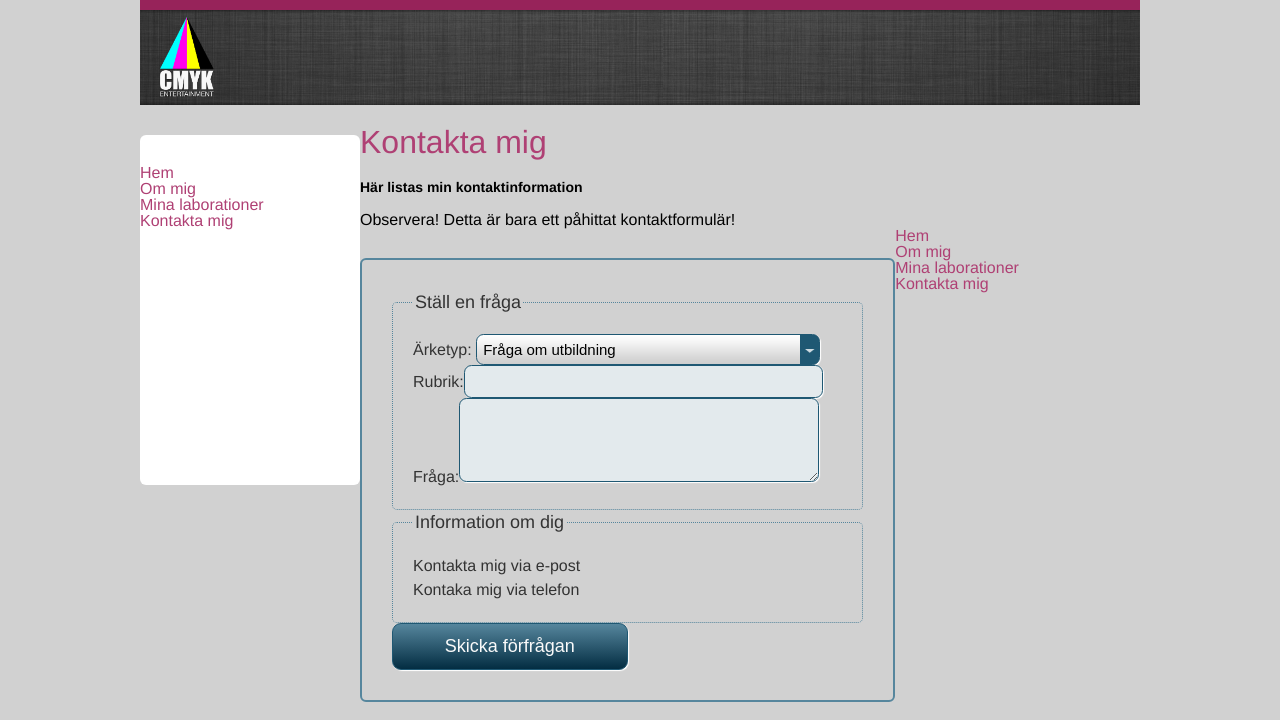
Repository: Holmewi/1ik415-jh222qr-laborationer
Page: pages/kontakt.html
The author's editor kept a record of every edit. The page is drawn from the files as they stood at one moment, then again after the next edit.
The browser window is 1280 px wide. The pictures show the whole page.

Above is the page before.

### pages/kontakt.html
<!DOCTYPE HTML>
<html lang="sv">
    <head>
        <meta charset="utf-8">
        <title>Kontakta mig - Här listas min kontaktinformation</title>
        <link rel="stylesheet" media="all" href="../css/style.css" />
    </head>
    <body>
        <div id="wrapper"> <!-- fick felmeddelande när jag använde taggen container -->
            <header>
                <div id="headerTop">

                </div>
                <div id="headerBottom">
                    <img src="../pics/logo.png" alt="min logotyp" class="logotyp">
                </div>
            </header>

            <nav class="borderRadius">
                <ul>
                    <li><a href="../index.html">Hem</a></li>
                    <li><a href="presentation.html">Om mig</a></li>
                    <li><a href="laborationer.html">Mina laborationer</a></li>
                    <li><a href="kontakt.html">Kontakta mig</a></li>
                </ul>
            </nav>

            <div id="content" class="borderRadius">
                <div id="contentTop">
                    <h1>Kontakta mig</h1>
                    <h4>Här listas min kontaktinformation</h4>
                </div>
                <p>Observera! Detta är bara ett påhittat kontaktformulär!</p>

                <a id="kontaktform"></a>
                <form id="input" action="http://voyager.lnu.se/tekinet/kurser/dtt/wp_webbintro/form.php" method="post">
                    <fieldset>
                        <legend>Ställ en fråga</legend>

                        Ärketyp:
                        <select>
                            <option value="utbildning">Fråga om utbildning</option>
                            <option value="kurs">Fråga om kurs</option>
                            <option value="hyra">Fråga om anställning</option>
                            <option value="webbplatsen">Fråga om webbplatsen</option>
                            <option value="privat">Ställ en privat fråga</option>
                        </select>
                        <br>
                        Rubrik:<input type="text" id="header"/>
                        <br>
                        Fråga:<textarea id="question" rows="4" cols="39"></textarea>
                    </fieldset>

                    <fieldset>
                        <legend>Information om dig</legend>
                        <input type="checkbox" id="e-post"/>Kontakta mig via e-post<br>
                        <input type="checkbox" id="telefon"/>Kontaka mig via telefon<br>
                    </fieldset>
                    <input type="Submit" value="Skicka förfrågan">
                </form>
             </div>
             <footer>
                <ul>
                    <li><a href="index.html">Hem</a></li>
                    <li><a href="pages/presentation.html">Om mig</a></li>
                    <li><a href="pages/laborationer.html">Mina laborationer</a></li>
                    <li><a href="pages/kontakt.html">Kontakta mig</a></li>
                </ul>
             </footer>
        </div>
    </body>
</html>

### css/style.css
@charset "UTF-8";
/* CSS Document */
/* http://meyerweb.com/eric/tools/css/reset/
   v2.0 | 20110126
   License: none (public domain)
*/

/*
	Main #97235A (Pink)
		Light main #D06C9B #AF4074
		Dark main #7B0E42 #58002A
	Secondary #1F5873 (Blue)
		Light aside #e3eaed #346B85
		Dark aside #0F445D #032D42
	Filler #B59D2A (Mustard)
		Light header #F9E482 #D2BB4C
		Dark header #947D11 #695700
	Text links #7B0E42
	Dark text #1D1D1D
	Light text #FAFAFA
	Footer #2A2A2A
*/

html, body, div, span, applet, object, iframe,
/* h1, h2, h3, h4, h5, h6, */ p, blockquote, pre,
a, abbr, acronym, address, big, cite, code,
del, dfn, em, img, ins, kbd, q, s, samp,
small, strike, strong, sub, sup, tt, var,
b, u, i, center,
dl, dt, dd, ol, ul, li,
/*fieldset, form, label, legend,*/
table, caption, tbody, tfoot, thead, tr, th, td,
article, aside, canvas, details, embed,
figure, figcaption, footer, header, hgroup,
menu, nav, output, ruby, section, summary,
time, mark, audio, video {
	margin: 0;
	padding: 0;
	border: 0;
	font-size: 100%;
	font-style: inherit;
    font-family: "Mundo Sans W01 Medium",Helvetica,sans-serif;
	vertical-align: baseline;
}
/* HTML5 display-role reset for older browsers */
article, aside, details, figcaption, figure,
footer, header, hgroup, main, menu, nav, section, container {
	display: block;
}

html {
    	overflow-y:scroll;     /* Fixar marginalen på sidor som inte har scroll */
}

body {
    background-color:#d1d1d1;
	line-height: 1;
}

    ul {
    	list-style: none;
    }

    blockquote, q {
    	quotes: none;
    }

    blockquote:before, blockquote:after,
    q:before, q:after {
    	content: '';
    	content: none;
    }

    table {
    	border-collapse: collapse;
    	border-spacing: 0;
    }



#wrapper {
	margin-left: auto;
	margin-right: auto;
    max-width: 1000px;
    height: 100%;
}

    header #top {
        width: 1000px;
    }

    header .asideheader {

    }

        #headerTop {
            width: 1000px;
            min-height: 10px;
        	background-color: #97235A;
        }

        #headerBottom {
            width: 1000px;
            min-height: 95px;
        	background-image:url(pics/header_bg.png);
        	background-color: #D06C9B;
        }

        #divTextlogo {
            margin: 30px 0px 0px 30px;
            float: left;
        	font-weight:100;
        	font-size:30px;
            color: #FAFAFA;
        }

/* HEADMENU */

    nav {
        width: 220px;
        min-height: 300px;
        padding-top: 30px;
        padding-bottom: 20px;
        margin: 30px 0px 25px 0px;
        float: left;
        background-color: #FFF;
    }

        #headmenu ul {
            margin: 0;
            padding: 0;
            list-style-type: none;
            font-size: 18px;
        }

        #headmenu ul li{float:left; width:100%;}

        #headmenu ul li a {
            display: block;
            background: #d9d9d9;
            /*width: 220px;*/
            text-decoration: none;
            padding: 15px 0px 15px 20px;
            margin: 1px 0px 0px 0px;
            border-left: 10px solid #97235A;
            color: #333333;

        }

            #headmenu ul li a:hover {
                border-left-color: #56869D;
                color: #56869D;
                background: #c4c4c4;
            }

            #headmenu ul li a:active {
                border-left-color: #1F5873;
                color: #1F5873;
                background: #c4c4c4;
            }

            #headmenu .active {
                border-left-color: #1F5873;
                color: #333333;
                background: #c4c4c4;
            }

            #headmenu a {
                background-image:url(pics/sprite.png);
            }

            #headmenu #homepage:hover {
                background-image:url(pics/sprite.png);
                background-repeat: no-repeat;
                background-position: 175px 12px;
            }


            #headmenu #homepage {
                background-image:url(pics/sprite.png);
                background-repeat: no-repeat;
                background-position: 175px -36px;
            }

            #headmenu #aboutpage:hover {
                background-image:url(pics/sprite.png);
                background-repeat: no-repeat;
                background-position: 175px -180px;
            }

            #headmenu #aboutpage {
                background-image:url(pics/sprite.png);
                background-repeat: no-repeat;
                background-position: 175px -228px;
            }

            #headmenu #labpage:hover {
                background-image:url(pics/sprite.png);
                background-repeat: no-repeat;
                background-position: 175px -84px;
            }

            #headmenu #labpage {
                background-image:url(pics/sprite.png);
                background-repeat: no-repeat;
                background-position: 175px -132px;
            }

            #headmenu #contactpage:hover {
                background-image:url(pics/sprite.png);
                background-repeat: no-repeat;
                background-position: 175px -276px;
            }

            #headmenu #contactpage {
                background-image:url(pics/sprite.png);
                background-repeat: no-repeat;
                background-position: 175px -324px;
            }

/* ASIDE */

    #sidefield {
        font-size: 14px;
        float: right;
        height: auto;
        max-width: 170px;
        width: 100%;
        padding: 30px;
        margin: 30px 0px 30px 0px;
        /* total width 730 */
        background-color: #FFF;
    }

    #sidefield p {
        padding-top: 5px;
    }

/* MAIN CONTENT */

    main {
        width: 670px;
        float: left;
        padding: 30px;
        margin: 30px 0px 30px 20px;
        /* total width 730 */
        background-color: #FFF;
    }

    #contenthome {
        width: 450px;
    }

        #mainheader {
            width: 100%;
            float: left;
            height: auto;
            margin: 0px 0px 20px 0px;
            border-style: double;
            border-color: #D9D9D9;
            border-width: 0px 0px 4px 0px;
        }

            #mainheader h4 {
                margin-top: -10px;
            }

                #home .blogg {
                    max-width: 470px;
                    clear: none;
                }

                .blogg {
                    float: left;
                    max-width: 100%;
                    height: 100%;
                	padding: 0px 0px 40px 0px;
                	margin: 0px 0px 40px 0px;
                    border-style: dotted;
                    border-color: #D9D9D9;
                    border-width: 0px 0px 1px 0px;
                    clear: both;
                }

                    #hcard-Joakim-Torbjorn-Holmevi {

                    }

                    .blogg p {
                	padding-bottom: 20px;
                    }

                    .bloggContent {
                        height: auto;
                    	padding-bottom: 20px;
                    }

                    .bloggInfo {
                        padding-top: 10px;
                        padding-bottom: 10px;
                        border-style: dotted;
                        border-color: #D9D9D9;
                        border-width: 1px 0px 0px 0px;
                        clear: both;
                    }

                    .bloggInfo p, .bloggInfo a {
                    	font-size: 12px;
                        display: inline;
                    }

                    .comments {
                        width: 90%;
                        float: left;
                        background-color: #F1F1F1;
                        padding: 0px 20px 0px 20px;
                        border-style: solid;
                        border-color: #D9D9D9;
                        border-width: 0px 0px 5px 0px;
                    }

                    .comment {
                        display: inline-block;
                        line-height: 2px;
                    	font-size: 12px;
                        width: 90%;
                    }

                    .commentlink {
                        display: inline-block;
                    	font-size: 12px;
                        width: 100%;
                    }



/* FOOTER */

    #bottom {
        max-width: 1000px;
        height: 173px;
        /* total width 1000 */
        /* total height 253 */
        background-color: #2A2A2A;
        border-style: solid;
        border-color: #97235A;
        border-width: 10px 0px 0px 0px;
        clear: both;
        background-image:url(pics/footer_bg.png);
    }

        #footerNav {
            padding-top: 30px;
            width: 440px;
            margin: auto;
        }



/* HEADERS, LISTS AND TEXT */

    h1 {
        font-size: 32px;
    	font-weight: 400;
    	color: #AF4074;
    }

    h2 {
        font-size: 24px;
    }

    h3 {
        font-size: 18px;
    }

    h4 {
        font-size: 14px;
    }

    .bloggContent H2 {
        padding-left: 30px;
        padding-bottom: 14px;
        background-image:url(pics/blogicon.png);
        background-repeat: no-repeat;
        background-size: 23px 23px;
    }

    .ingress {
    	font-weight: 800;
    	padding-bottom: 20px;
    }

/* IMAGES AND VIDEOS */

    .bloggVideo {
        max-width: 450px;
        padding: 7px 0px 0px 0px;
    }

    .logotyp {
        max-height: 80px;
        padding: 7px 0px 0px 20px;
    }

    .profilbild {
        padding: 0px 20px 10px 0px;
        float: left;
        max-width: 140px;
    }

    .bloggbild {
        max-width: 450px;
        padding: 0px 0px 20px 0px;
    }

    .bloggBild_right {
        max-width: 220px;
        padding: 0px 0px 10px 15px;
    }

    .bloggBild_left {
        max-width: 220px;
        padding: 0px 15px 10px 0px;
    }



/* GENERAL CLASSES */

    .borderRadius {
    	-webkit-border-radius: 6px;
    	-moz-border-radius: 6px;
    	border-radius: 6px;
    }



    .displayinline {
        display: inline;
    }

    .blogg table {
        width: 600px;
    }

    .blogg table, .blogg tr, .blogg th, .blogg td {
        padding: 5px;
    	border: solid 1px;
    	border-color: #455;
    }

    .labList dd, .labList ol {
    	margin-left: 35px;
    }

    .labList li, .labList dt, .labList dd, .labList p {
    	font-size: 16px;
    }

    .labList a, .labList dt, .labList dd, .labList ul {
    	font-size: 14px;
    }

    .labList dt, .labList dd, .labList li, .labList dt, .labList dd, .labList p {
    	padding-bottom: 5px;
    }

    .floatleft {
    	float: left;
    }

    .floatright {
    	float: right;
    }

    .clearboth {
    	clear: both;
    }

    .rightalign {
        text-align: right;
    }

/* LINKS */

    a:link {
        color:#AF4074;
        text-decoration:none;
    }
    a:visited {
        color:#AF4074;
        text-decoration:none;
    }
    a:hover {
        color:#56869D;
        text-decoration:underline;
    }
    a:active {
        color:#56869D;
        text-decoration:underline;
    }

    #bottom a:link { color:#FFF;  }
    #bottom a:visited { color:#FFF;  }
    #bottom a:hover { color:#FFF;  }
    #bottom a:active { color:#FFF;  }

    #bottom li {
    	font-size: 18px;
    	margin-right: 20px;
    	display:inline;
    }






/* FORM */
/*
Hittade lite nyttig hjälp på mozilla developer för att ändra utseendet på checkboxarna
Källa: https://developer.mozilla.org/en-US/docs/Web/Guide/HTML/Forms/Advanced_styling_for_HTML_forms
*/

    .form {

        height: auto;
    	margin: 0px;
    }

        form {
            float: left;
            line-height: 24px;
            color: #333333;
            border: 2px solid #56869D;
            border-radius: 6px;
            -webkit-border-radius: 6px;
            -moz-border-radius: 6px;
            margin: 30px 0px 0px 0px;
            padding: 30px;
            display: inline-block;
        }

            #observe {
                clear: both;
                padding-top: 20px;
                margin-top: 20px;
            }

            fieldset {
                border : 1px dotted #56869D;
                border-radius: 5px;
                margin : 0;
                padding: 20px;
            }

                #set_form p {
                    padding-top: 12px;
                }

                #contact_info {
                    margin-top: 20px;
                    margin-bottom: 30px;
                }

                legend {
                    font-size: 18px;
                }

                label {
                  cursor: pointer;
                }

                form p {
                  margin: 0;
                }

                form p+p {
                  margin: .5em 0 0;
                }

                input[type=text], input[type=submit], textarea, select {
                    -webkit-appearance: none;     /* Tar bort standardutseendet på elementen */
                }


                select {
                    border: 1px solid #1F5873;
                    padding: 6px;
                    font-size: 15px;
                    line-height: 17px;
                    width: 80%;
                    background: -webkit-gradient(linear, left top, left bottom, from(#fff), to(#ccc));
                    -webkit-appearance: none;
                    -webkit-box-shadow: 1px 1px 1px #fff;
                    -webkit-border-radius: 0.5em;
                }

                /* original check box are push outside the viexport */
                :root input[type=checkbox] {
                    position: absolute;
                    left: -1000em;
                }

                :root input[type=checkbox] + label:before {
                    content: "";
                    display: inline-block;
                    width  : 19px;
                    height : 19px;
                    margin : 0 .5em 0 0;
                    background: url("pics/checkbox_sprite2.png") no-repeat 0 0;

                    /* The following is used to adjust the position of
                    the check boxes on the text baseline */

                    vertical-align: bottom;
                    position: relative;
                    bottom: 2px;
                }

                :root input[type=checkbox]:checked + label:before {
                    background-position: 0 -19px;
                }

                :root input[type=checkbox]:disabled + label:before {
                    background-position: 0 -38px;
                }

                :root input[type=checkbox]:checked:disabled + label:before {
                    background-position: 0 -57px;
                }

                :root input[type=checkbox]:focus {
                    outline: 1px dotted black;
                }

                select {
                    background: url("pics/form_list_bg.png") no-repeat right;
                    background-size: auto 32px;
                }

                input[type=text], textarea {
                    border: 1px solid #1F5873;
                    padding: 7px;
                    font-size: 15px;
                    line-height: 17px;
                    width: 80%;
                    background-color: #e3eaed;
                    -webkit-appearance: none;
                    -webkit-box-shadow: 1px 1px 1px #fff;
                    -webkit-border-radius: 0.5em;
                 }

                input[type=submit] {
                    border: 1px solid #1F5873;
                    padding: 14px;
                    font-size: 18px;
                    line-height: 17px;
                    width: 50%;
                    color: #FAFAFA;
                    background: -webkit-gradient(linear, left top, left bottom, from(#56869D), to(#032D42));
                    -webkit-appearance: none;
                    -webkit-box-shadow: 1px 1px 1px #fff;
                    -webkit-border-radius: 0.5em;
                 }

After the next edit:
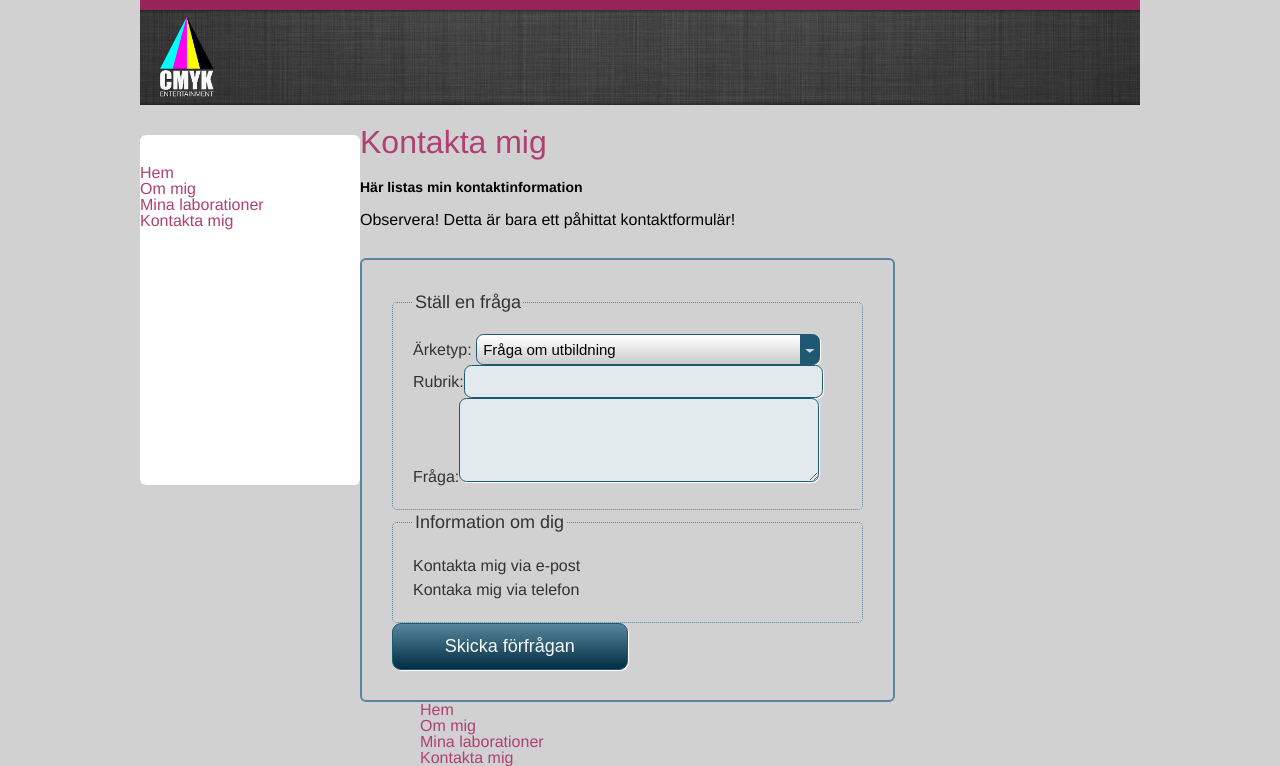
The edit:
--- a/pages/kontakt.html
+++ b/pages/kontakt.html
@@ -60,13 +60,15 @@
                 </form>
              </div>
              <footer>
-                <ul>
-                    <li><a href="index.html">Hem</a></li>
-                    <li><a href="pages/presentation.html">Om mig</a></li>
-                    <li><a href="pages/laborationer.html">Mina laborationer</a></li>
-                    <li><a href="pages/kontakt.html">Kontakta mig</a></li>
-                </ul>
-             </footer>
+                <div id="footerNav">
+                    <ul>
+                        <li><a href="index.html">Hem</a></li>
+                        <li><a href="pages/presentation.html">Om mig</a></li>
+                        <li><a href="pages/laborationer.html">Mina laborationer</a></li>
+                        <li><a href="pages/kontakt.html">Kontakta mig</a></li>
+                    </ul>
+                </div>
+            </footer>
         </div>
     </body>
 </html>
